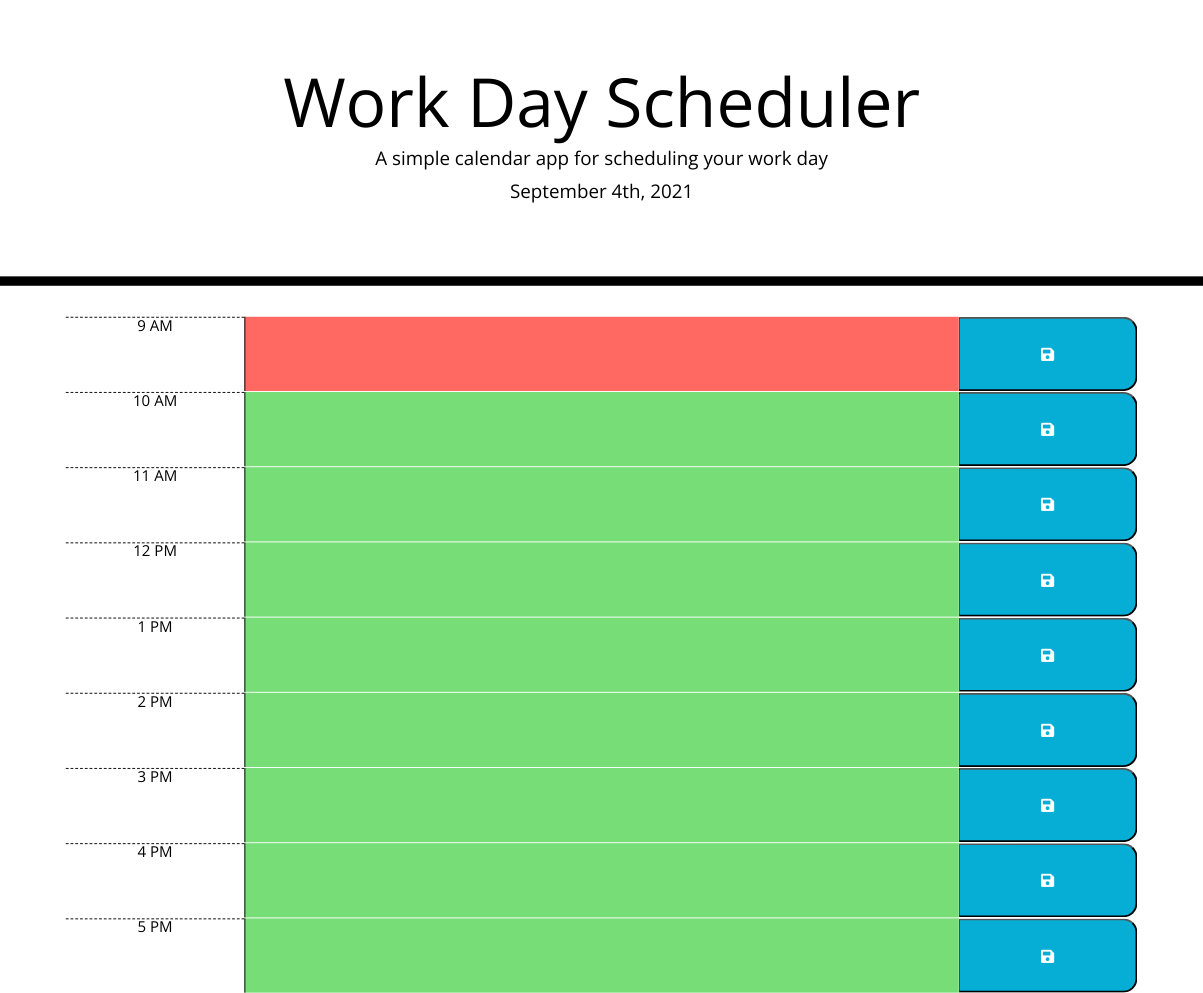
Repository: asecord92/daily-work-schedule
Page: index.html
These files come from the project's save history. The page is drawn as it stood at one moment and after the next save; the edit follows.
The browser window is 1280 px wide. The pictures show the whole page, at 94% of full size.
Some web libraries are served in a nearby version.

Above is the page before, as saved 2021-09-04 10:18:28.

After the next save:
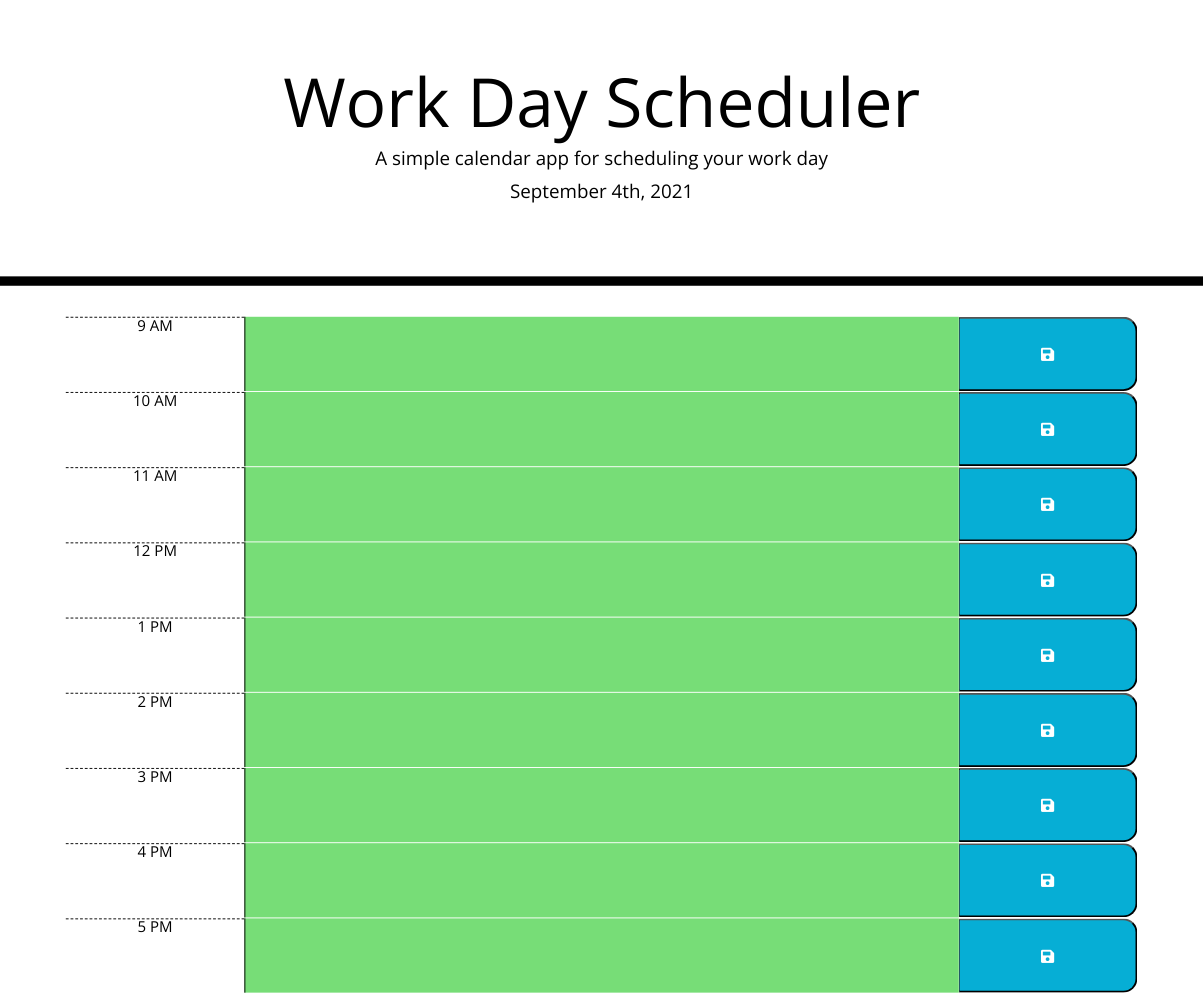
Saved 64 s later.
--- a/assests/js/script.js
+++ b/assests/js/script.js
@@ -17,7 +17,7 @@
     var constTime = timeBlockArr[i];
 
     var hour = moment().set("hour", 9).format('H YYYY-MM-DD');
-    var setHour = moment(hour, 'H').add(i, "hours").format('H YYYY-MM-DD');
+    var setHour = moment(hour, 'H').add(i, "hours").format('H');
 
     //create Row Div
 

After the save that followed:
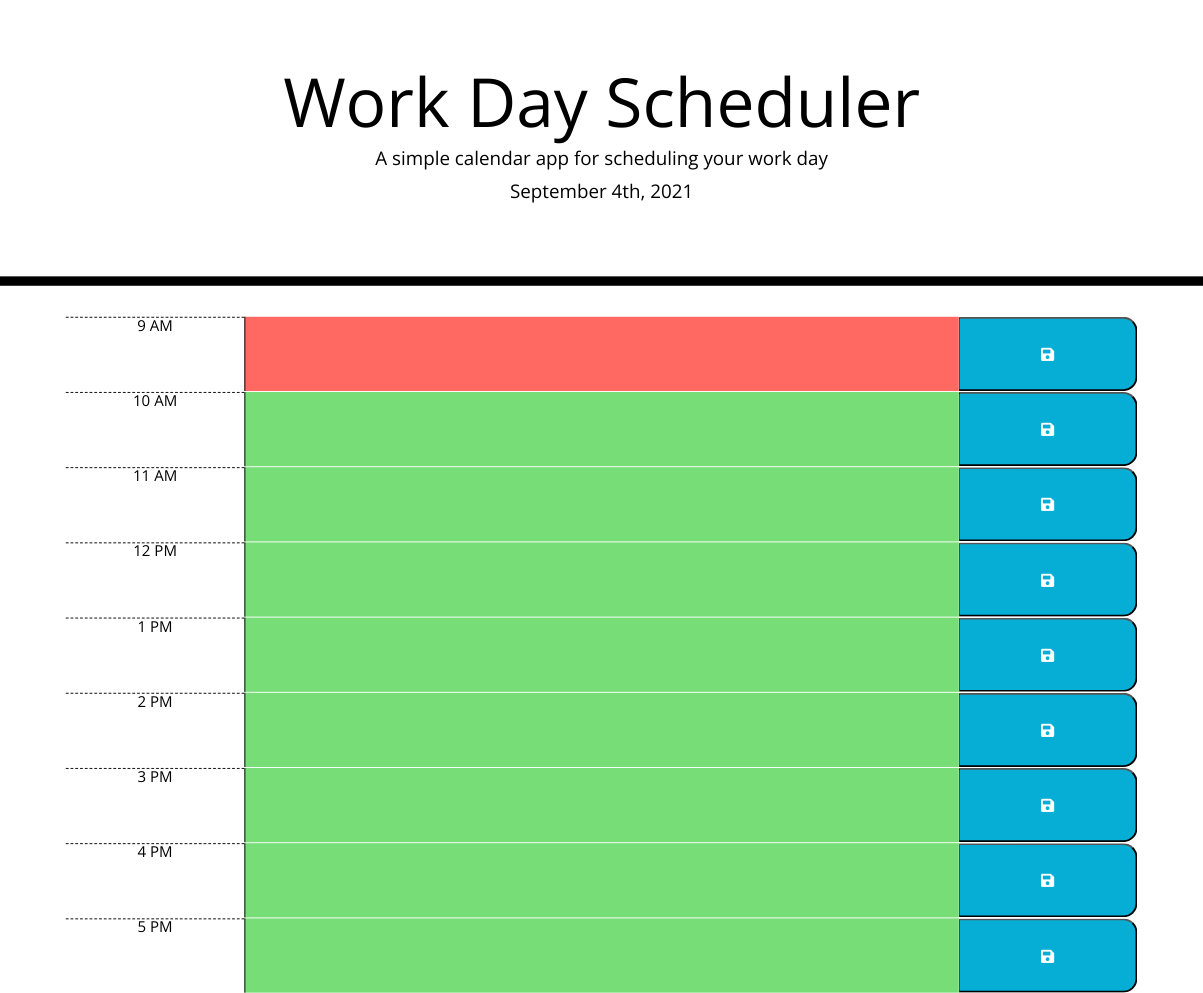
Saved 18 s later.
--- a/assests/js/script.js
+++ b/assests/js/script.js
@@ -2,7 +2,7 @@
 
 var taskArr = [];
 
-var currentHour= moment().format('H YYYY-MM-DD');
+var currentHour= moment().format('H');
 
 var dateP = document.getElementById("currentDay");
 
@@ -16,7 +16,7 @@
 for(var i=0; i<timeBlockArr.length; i++){
     var constTime = timeBlockArr[i];
 
-    var hour = moment().set("hour", 9).format('H YYYY-MM-DD');
+    var hour = moment().set("hour", 9).format('H');
     var setHour = moment(hour, 'H').add(i, "hours").format('H');
 
     //create Row Div
